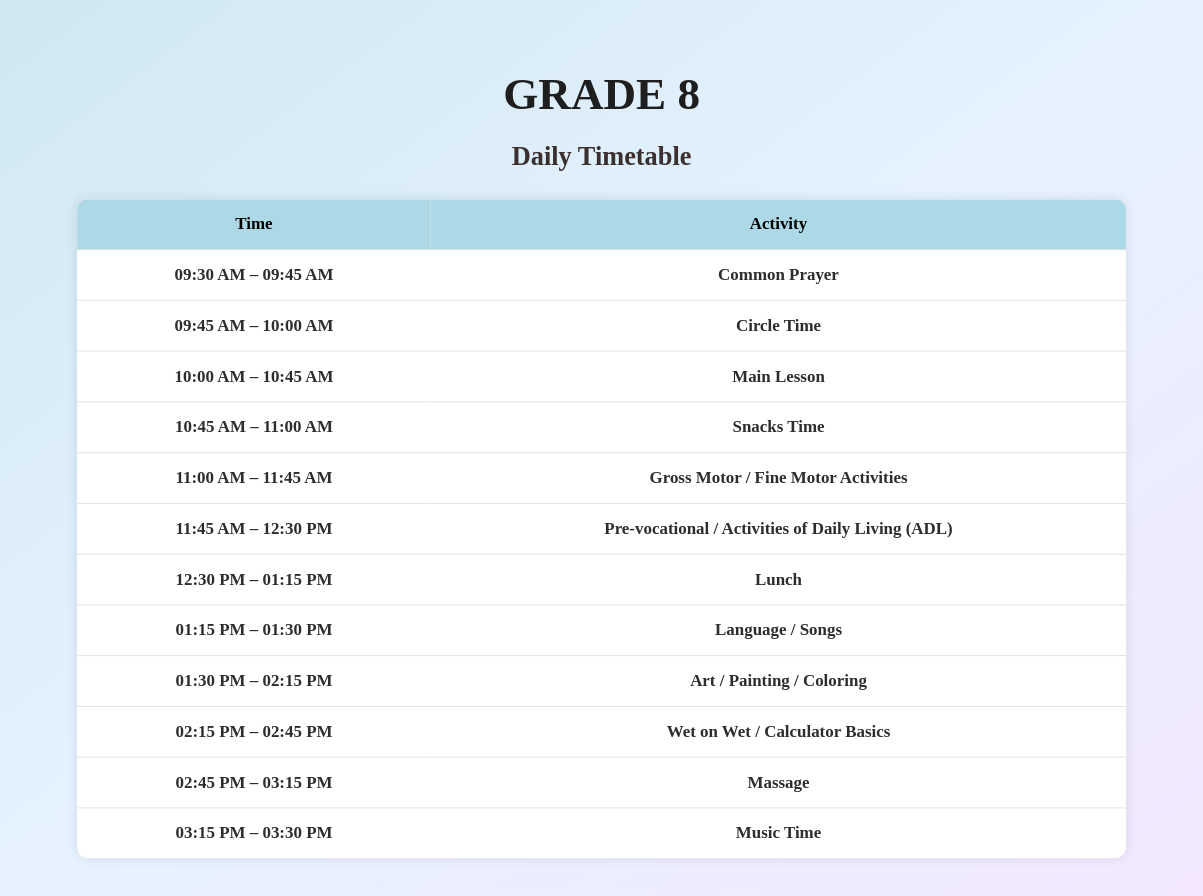
Repository: atchayasasikumar10/timetable-website
Page: templates/grade8_home.html
The author's editor kept a copy of each file at every save. The page is drawn from the files as they stood at one save, then again after the next save.
The browser window is 1280 px wide. The pictures show the whole page, at 94% of full size.
The page is served by the project's application, run on Flask 3 (main.py). The template is opened directly, without the code that normally fills it, so the values that code supplies are empty.

Above is the page before, as saved 2025-06-27 19:39:53.

After the next save:
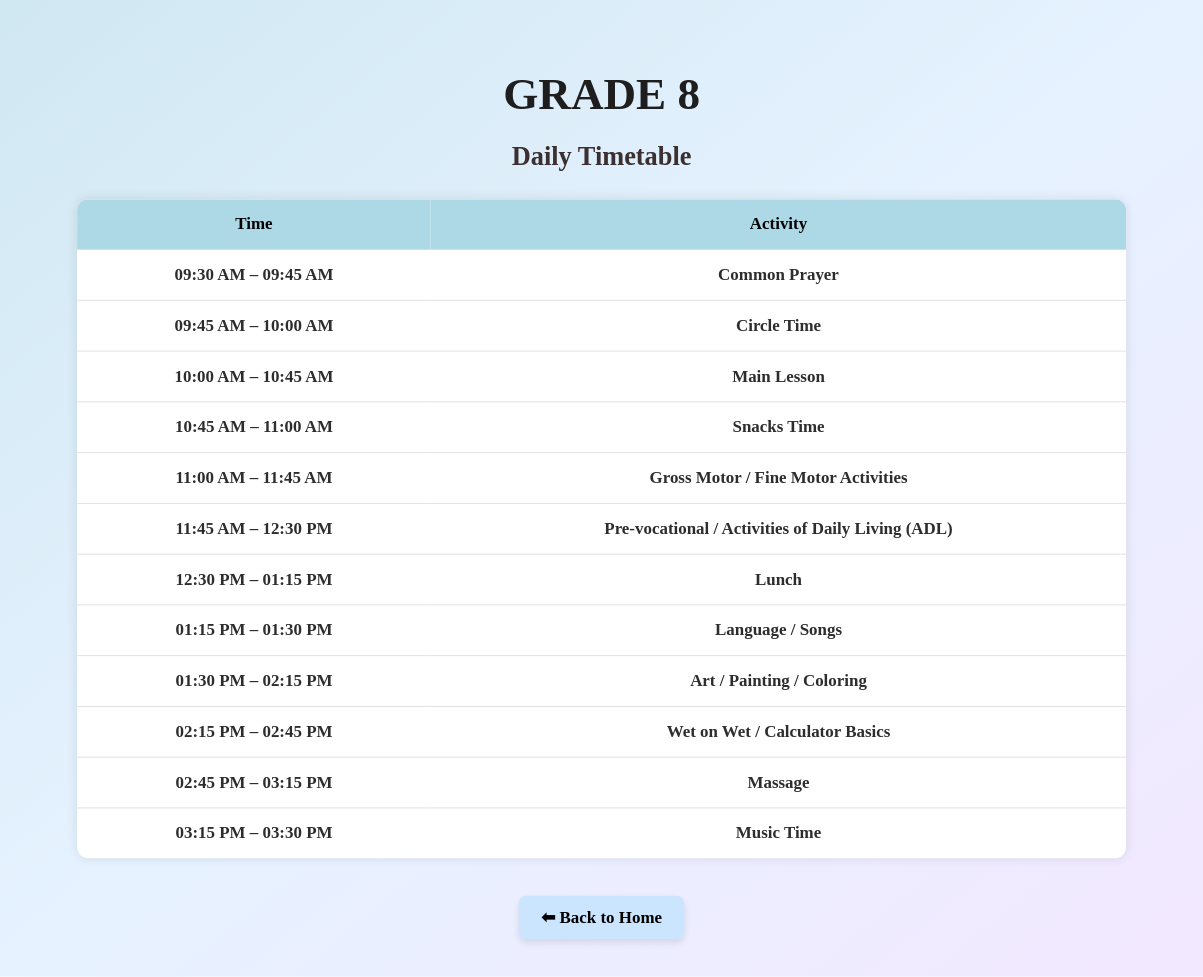
Saved 2 min 10 s later.
--- a/templates/grade8_home.html
+++ b/templates/grade8_home.html
@@ -54,6 +54,29 @@
 
         tr:last-child td {
             border-bottom: none;
+        }
+
+        /* Back button style */
+        .back-button {
+            margin-top: 40px;
+        }
+
+        .back-button a {
+            text-decoration: none;
+            background-color: #cce5ff;
+            color: black;
+            padding: 12px 24px;
+            border-radius: 8px;
+            font-size: 18px;
+            display: inline-block;
+            font-family: 'Times New Roman', Times, serif;
+            font-weight: bold;
+            box-shadow: 0 4px 8px rgba(0,0,0,0.1);
+            transition: background-color 0.3s ease;
+        }
+
+        .back-button a:hover {
+            background-color: #b3d7ff;
         }
 
         @media (max-width: 600px) {
@@ -132,5 +155,10 @@
         </tr>
     </table>
 
+    <!-- Back to Home button -->
+    <div class="back-button">
+        <a href="/">⬅ Back to Home</a>
+    </div>
+
 </body>
 </html>
